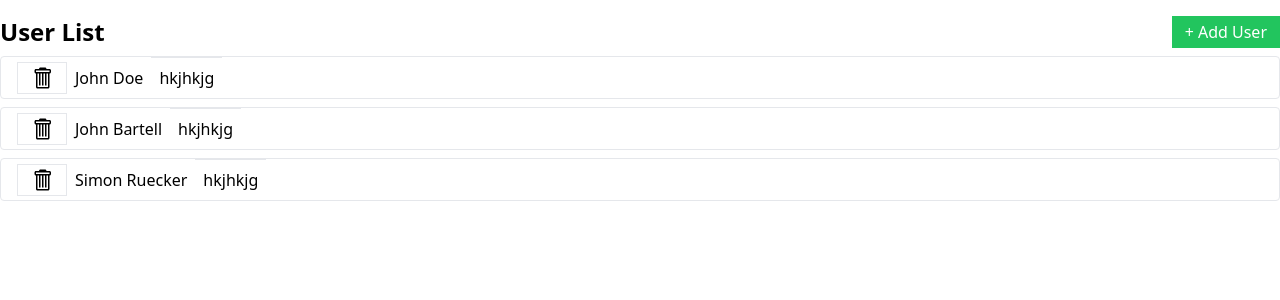
Repository: Marhamat92/users-app-redux-thunk-and-query
Page: /
These files come from the project's save history. The page is drawn as it stood at one moment and after the next save; the edit follows.
The browser window is 1280 px wide. The pictures show the whole page.
The project was rebuilt for these pictures with package versions that can differ from the ones it lists, and the page was loaded fresh each time. Requests to the local data server were answered from the project's data file.

Above is the page before, as saved 2023-01-31 23:29:26.

### src/index.js
import React from 'react';
import ReactDOM from 'react-dom/client';
import './index.css';
import App from './App';
import { Provider } from 'react-redux';
import { store } from './store';

const root = ReactDOM.createRoot(document.getElementById('root'));
root.render(
  <Provider store={store}>
    <App />
  </Provider>
);

### src/App.js
import UsersList from "./components/UsersList";


function App() {
  return (
    <div className="container mx-auto">
      <UsersList />
    </div>
  );
}

export default App;

### src/store/index.js
import { configureStore } from '@reduxjs/toolkit';
import { usersReducer } from './slices/usersSlice';

export const store = configureStore({
  reducer: {
    users: usersReducer,
  },
});


export * from './thunks/fetchUsers'; //  We are importing this here and exporting it from here so we can use it in App.js
export * from './thunks/addUser'; //  We are importing this here and exporting it from here so we can use it in App.js
export * from './thunks/removeUser'; //  We are importing this here and exporting it from here so we can use it in App.js

### src/components/UsersList.js
import React, { useEffect, useState } from 'react'
import { fetchUsers, addUser } from '../store'
import { useDispatch, useSelector } from 'react-redux'
import Skeleton from './Skeleton'
import Button from './Button'
import { useThunk } from '../hooks/use-thunk'
import UsersListItem from './UsersListItem'



function UsersList() {
  const dispatch = useDispatch()
  const { data } = useSelector((state) => {
    return state.users;
  });
  // const [isLoadingUsers, setIsLoadingUsers] = useState(false)  //!we removed these two lines because we are using hook useThunk
  // const [loadingUsersError, setLoadingUsersError] = useState(null)
  const [doFetchUsers, isLoadingUsers, loadingUsersError] = useThunk(fetchUsers) //!we are using useThunk hook to get the data from the server
  //! we deleted isLoading and error from destructring because we will use useState instead of isLoading and error which are isLoadingUsers and loadingUsersError
  // const [isAddingUser, setIsAddingUser] = useState(false)
  // const [addingUserError, setAddingUserError] = useState(null)
  const [doAddUser, isAddingUser, addingUserError] = useThunk(addUser) //!we are using useThunk hook to add the data to the server


  useEffect(() => {

    doFetchUsers(); //!we are using doFetchUsers instead of dispatch(fetchUsers()) because we are using useThunk hook
    //when we console log dispatch we see unwrap, so we ca use t to create a promise and then we can use then and catch to show the loading or error accordingly
  }, [doFetchUsers])

  const handleAddUser = () => {
    doAddUser()
  }

  let content;
  if (isLoadingUsers) {
    content = <Skeleton className="h-10 w-full" times={10} />
  } else if (loadingUsersError) {
    content = <div>Error while fetching data..</div>
  } else {
    content = data.map((user) => {
      return (
        <UsersListItem key={user.id} user={user} />
      )
    })
  }


  return (

    <div>
      <div className='flex flex-row justify-between items-center mt-4' >
        <h1 className='text-2xl font-bold' >User List</h1>
        <Button loading={isAddingUser} onClick={handleAddUser} success>
          + Add User
        </Button>
        {addingUserError && <div>Error while adding user</div>}
      </div>
      {content}
    </div>
  )
}

export default UsersList

### src/store/slices/usersSlice.js
import { createSlice } from '@reduxjs/toolkit';
import { fetchUsers } from '../thunks/fetchUsers';
import { addUser } from '../thunks/addUser';
import { removeUser } from '../thunks/removeUser';

const usersSlice = createSlice({
  name: "users",
  initialState: {
    data: [],
    // isLoading: false,
    // error: null,

  },
  reducers: {},// we don't need reducers here because we are not creating a slice, we are creating a slice for fetching users in src/store/thunks/fetchUsers.//js
  extraReducers(builder) {
    builder.addCase(fetchUsers.pending, (state, action) => { state.isLoading = true });
    builder.addCase(fetchUsers.fulfilled, (state, action) => { state.isLoading = false; state.data = action.payload; });
    builder.addCase(fetchUsers.rejected, (state, action) => { state.isLoading = false; state.error = action.payload; });
    builder.addCase(addUser.pending, (state, action) => { state.isLoading = true; })
    builder.addCase(addUser.fulfilled, (state, action) => { state.isLoading = false; state.data.push(action.payload) });
    builder.addCase(addUser.rejected, (state, action) => { state.isLoading = false; state.error = action.error });
    builder.addCase(removeUser.pending, (state, action) => { state.isLoading = true })
    builder.addCase(removeUser.fulfilled, (state, action) => { state.isLoading = false; state.data = state.data.filter(user => user.id !== action.payload.id) })
    builder.addCase(removeUser.rejected, (state, action) => { state.isLoading = false; state.error = action.error })
  }

});


//pending means that we are waiting for the response from the server
//fulfilled means that we got the response from the server
//rejected means that we got an error from the server

export const usersReducer = usersSlice.reducer;

### src/store/thunks/fetchUsers.js
import { createAsyncThunk } from "@reduxjs/toolkit";  // we use createAsyncThunk instead of createSlice here because we are not creating a slice, we are creating a thunk for fetching users
import axios from "axios";

const fetchUsers = createAsyncThunk('users/fetch', async () => {
  const response = await axios.get('http://localhost:3004/users')

  //!lets add short pause for development test to see if loading works or not (we will remove it later)
  await pause(1000) //! we are using await here because we want to wait for the pause to finish before we return the response.data
  return response.data;
})


//!lets add short pause for development test to see if loading works or not (we will remove it later)
const pause = (duration) => {
  return new Promise((resolve) => {
    setTimeout(
      resolve, duration)
  })
}


// when we create async thunk, fetchUsers.pending, fetchUsers.fulfilled, fetchUsers.rejected are automatically created and we can use them inside extraReducers in src/store/slices/usersSlice.js
//so fetchUsers.pending === 'users/fetch/pending', fetchUsers.fulfilled === 'users/fetch/fulfilled', fetchUsers.rejected === 'users/fetch/rejected'

//pending means that we are waiting for the response from the server
//fulfilled means that we got the response from the server
//rejected means that we got an error from the server

export { fetchUsers };

### src/store/thunks/addUser.js
import { createAsyncThunk } from '@reduxjs/toolkit';
import axios from 'axios';
import { faker } from '@faker-js/faker';

const addUser = createAsyncThunk('users/add', async () => {
  const response = await axios.post('http://localhost:3004/users', {
    name: faker.name.fullName(),
  });

  return response.data;
});

export { addUser };

### src/store/thunks/removeUser.js
import { createAsyncThunk } from '@reduxjs/toolkit';
import axios from 'axios';

const removeUser = createAsyncThunk(
  'users/remove', async (user) => {
    axios.delete(`http://localhost:3004/users/${user.id}`);
    return user;
  });

export { removeUser }

### src/components/Skeleton.js
import React from 'react'
import classNames from 'classnames'

function Skeleton({ times, className }) {

  const outerClassNames = classNames(
    'relative',
    'overflow-hidden',
    'bg-gray-200',
    'rounded',
    'mb-2.5',
    'mt-2.5',
    className
  );
  const innerClassNames = classNames(
    'animate-shimmer',
    'absolute',
    'inset-0',
    '-translate-x-full',
    'bg-gradient-to-r',
    'from-gray-200',
    'via-white',
    'to-gray-200',


  );

  const boxes = Array(times).fill(0).map((_, i) => {
    return (<div key={i} className={outerClassNames}>
      <div className={innerClassNames} />
    </div>)
  });



  return boxes
}

export default Skeleton

### src/components/Button.js
import className from 'classnames';
import { GoSync } from 'react-icons/go'

function Button({
  children,
  primary,
  secondary,
  success,
  warning,
  danger,
  outline,
  rounded,
  loading,
  ...rest
}) {
  const classes = className(
    rest.className,
    'flex items-center px-3 py-1.5 border h-8',
    {
      'opacity-80': loading,
      'border-blue-500 bg-blue-500 text-white': primary,
      'border-gray-900 bg-gray-900 text-white': secondary,
      'border-green-500 bg-green-500 text-white': success,
      'border-yellow-400 bg-yellow-400 text-white': warning,
      'border-red-500 bg-red-500 text-white': danger,
      'rounded-full': rounded,
      'bg-white': outline,
      'text-blue-500': outline && primary,
      'text-gray-900': outline && secondary,
      'text-green-500': outline && success,
      'text-yellow-400': outline && warning,
      'text-red-500': outline && danger,
    }
  );

  return (
    <button disabled={loading} {...rest} className={classes}>
      {loading ? <GoSync className="animate-spin" /> : children}
    </button>
  );
}

Button.propTypes = {
  checkVariationValue: ({ primary, secondary, success, warning, danger }) => {
    const count =
      Number(!!primary) +
      Number(!!secondary) +
      Number(!!warning) +
      Number(!!success) +
      Number(!!danger);

    if (count > 1) {
      return new Error(
        'Only one of primary, secondary, success, warning, danger can be true'
      );
    }
  },
};

export default Button;

### src/hooks/use-thunk.js
import { useState, useCallback } from 'react'
import { useDispatch } from 'react-redux'

export function useThunk(thunk) {
  const [isLoading, setIsLoading] = useState(false);
  const [error, setError] = useState(null);
  const dispatch = useDispatch();

  const runThunk = useCallback(
    (arg) => {
      setIsLoading(true);
      dispatch(thunk(arg))
        .unwrap()
        .catch((err) => setError(err))
        .finally(() => setIsLoading(false));
    },
    [dispatch, thunk]
  );

  return [runThunk, isLoading, error];
}

### src/components/UsersListItem.js
import React from 'react'
import { GoTrashcan } from 'react-icons/go';
import { removeUser } from '../store';
import Button from './Button';
import { useThunk } from '../hooks/use-thunk';
import ExpandablePanel from './ExpandablePanel';


function UsersListItem({ user }) {
  const [doRemoveUser, isLoading, error] = useThunk(removeUser)

  const handleRemoveUser = () => {
    doRemoveUser(user)
  }

  const header = <>
    <Button onClick={handleRemoveUser} loading={isLoading} >
      <GoTrashcan className='text-2xl hover:text-red-500 cursor-pointer ' />
    </Button>
    <div className='flex p-2 justify-between items-center cursor-pointer' >{user.name}</div>
  </>

  return (<ExpandablePanel header={header} >
    hkjhkjg
  </ExpandablePanel>
  )
}

export default UsersListItem

### src/components/ExpandablePanel.js
import React from 'react'

function ExpandablePanel({ header, children }) {
  return (
    <div className='mb-2 mt-2 border rounded flex items-center pl-4'>
      {header}
      <div className='p-2 border-t' >
        {children}
      </div>
    </div>
  )
}

export default ExpandablePanel

### tailwind.config.js
/** @type {import('tailwindcss').Config} */
module.exports = {
  content: [
    "./src/**/*.{js,jsx,ts,tsx}",
  ],
  theme: {
    extend: {
      keyframes: {
        shimmer: {
          '100%': { transform: 'translateX(100%)' },
        },
      },
      animation: {
        shimmer: 'shimmer 1.5s infinite',
      },
      colors: {},
      fontFamily: {},
      fontSize: {},
      fontWeight: {},
      height: {},
      inset: {},
      letterSpacing: {},
      lineHeight: {},
      margin: {},
      maxHeight: {},
      maxWidth: {},
      minHeight: {},
      minWidth: {},
      opacity: {},
      padding: {},
      screens: {
        xs: "320px",
        sm: "640px",
        md: "768px",
        lg: "1024px",
        xl: "1280px",
        "2xl": "1536px",

      },
      spacing: {},
      stroke: {},
      strokeWidth: {},
      textColor: {},
      width: {},
      zIndex: {},
    },
  },
  plugins: [],
}

### db.json
{
  "users": [
    {
      "id": 1,
      "name": "John Doe"
    },
    {
      "name": "John Bartell",
      "id": 2
    },
    {
      "name": "Simon Ruecker",
      "id": 3
    }
  ],
  "albums": [],
  "photos": []
}

Loaded but not shown: public/index.html (common file); src/index.css (common file)

After the next save:
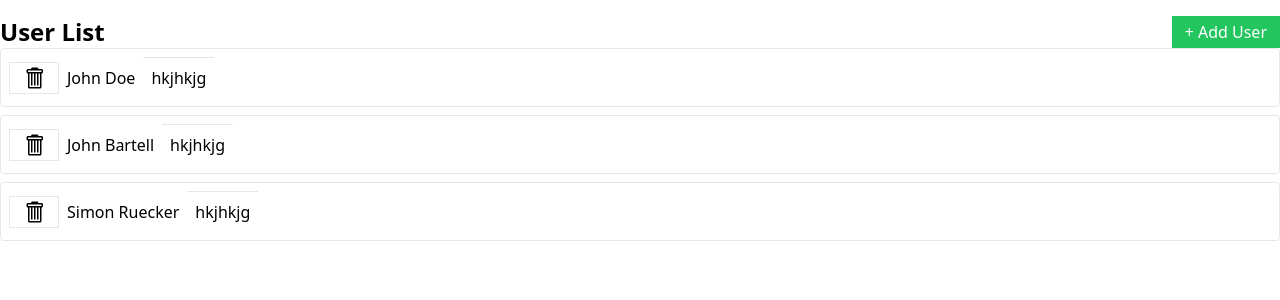
Saved 2 min 39 s later.
--- a/src/components/ExpandablePanel.js
+++ b/src/components/ExpandablePanel.js
@@ -2,10 +2,14 @@ import React from 'react'
 
 function ExpandablePanel({ header, children }) {
   return (
-    <div className='mb-2 mt-2 border rounded flex items-center pl-4'>
-      {header}
-      <div className='p-2 border-t' >
-        {children}
+    <div className="mb-2 border rounded">
+      <div className="flex p-2 justify-between items-center cursor-pointer">
+        <div className="flex flex-row items-center justify-between">
+          {header}
+          <div className='p-2 border-t' >
+            {children}
+          </div>
+        </div>
       </div>
     </div>
   )
